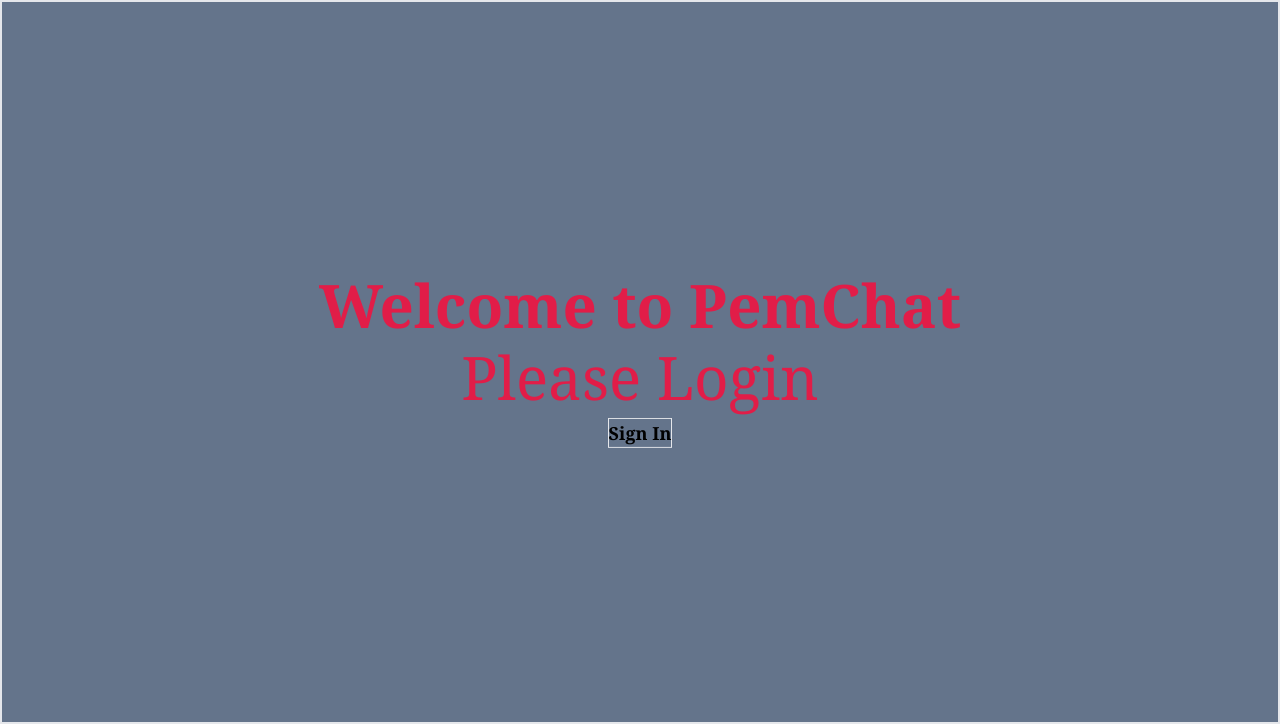
Repository: Semanmernstack/chat-mini
Page: /
These files come from the project's save history. The page is drawn as it stood at one moment and after the next save; the edit follows.
The browser window is 1280 px wide. The pictures show the whole page.
The project was rebuilt for these pictures with package versions that can differ from the ones it lists, and the page was loaded fresh each time. Also part of the build but not shown: src/app/Sidebarlist.js, src/Sidebar.js, src/BodyHeader.js, src/Message.js, src/Body.js.

Above is the page before, as saved 2022-11-15 02:43:01.

After the next save:
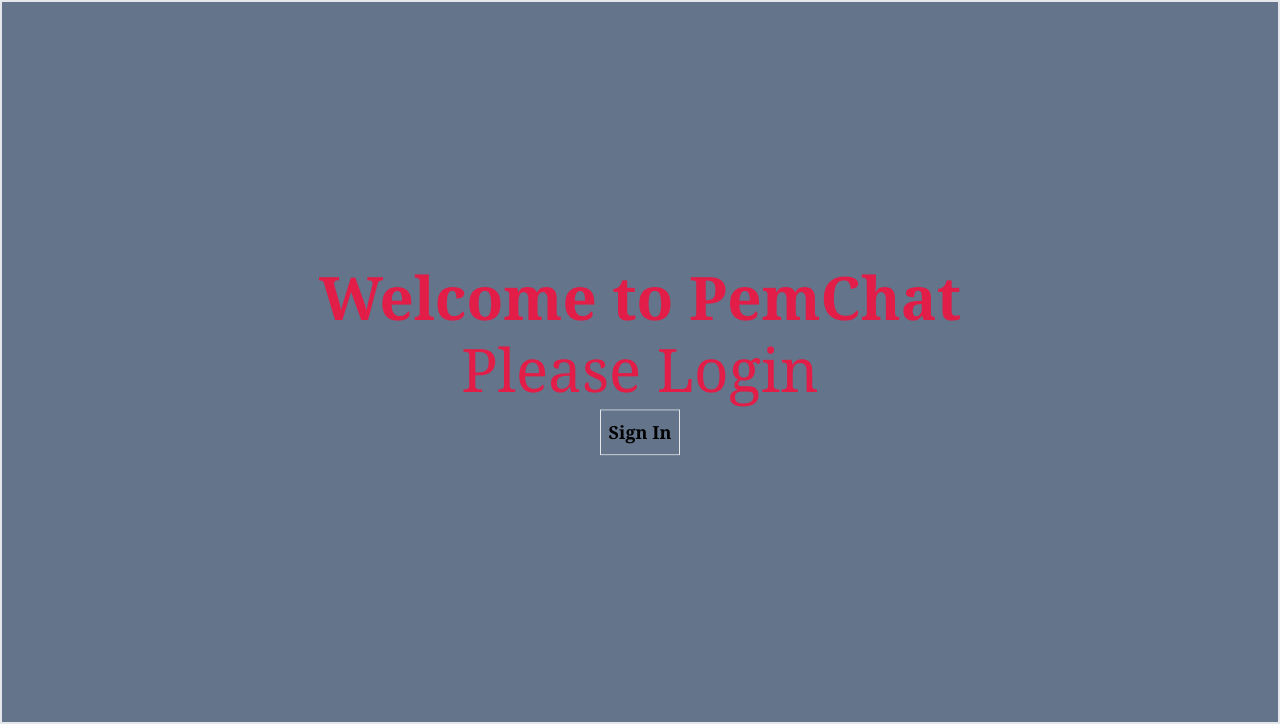
Saved 6 s later.
--- a/src/Login.js
+++ b/src/Login.js
@@ -18,7 +18,7 @@ function Login() {
             <h1 className="font-extrabold mb-3">Welcome to PemChat</h1>
             <h2>Please Login</h2>
         </div>
-        <button onClick={SignIn} className="mt-3 border font-extrabold text-lg cursor-pointer animate-bounce">Sign In</button>
+        <button onClick={SignIn} className="mt-3 border p-2 font-extrabold text-lg cursor-pointer animate-bounce">Sign In</button>
     </div>
   )
 }
